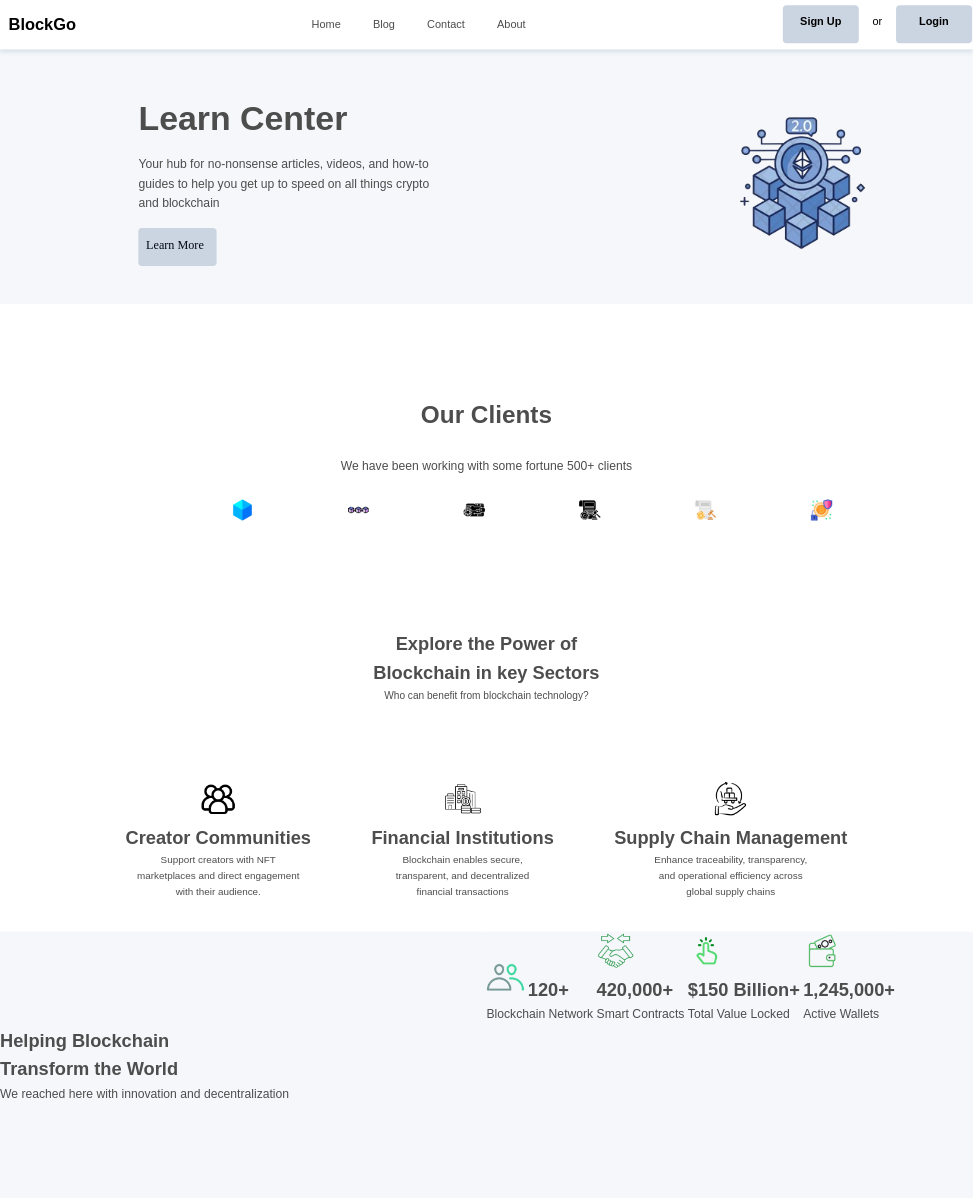
Repository: Tafsirul555/Assignment
Page: Assignment1.html
The author's editor kept a copy of each file at every save. The page is drawn from the files as they stood at one save, then again after a run of saves.
The browser window is 1280 px wide. The pictures show the whole page, at 76% of full size.

Above is the page before, as saved 2025-06-09 01:35:08.

### Assignment1.html
<!DOCTYPE html>
<html lang="en">
<head>
    <meta charset="UTF-8">
    <meta name="viewport" content="width=device-width, initial-scale=1.0">
    <link rel="stylesheet" href="Assignment1.css">
    <title>Document</title>
</head>
<body>
    <nav class="navbar">

        <div class="logo">
            <h1>BlockGo</h1>
        </div>

        <div class="nav-link">

                    <a href="#">Home</a>
                    <a href="#">Blog</a>
                    <a href="#">Contact</a>
                    <a href="#">About</a>
        </div>
        <div class="Data">
            <a href="#" class="SignUp">Sign Up</a>
            <p>&nbsp;or&nbsp;</p>
            <a href="#" class="Login">Login</a>
        </div>
    </nav>

    <header class="Headerbar">

        <div class="Header-banner">
            <h1>Learn Center</h1>
            <p>Your hub for no-nonsense articles, videos, and how-to guides to help you get up to speed on all things crypto and blockchain</p>

            <a href="#" class="headerbutton">Learn More</a>
        </div>
         <div class="bannerpic">
            <img src="/Pic/blockchain-20-8079799-6591924-removebg-preview.png" alt="Blockchain">
        </div>
    </header>

    <main class="mainbar">
        <div class="main-text">
        <h1>Our Clients</h1>
        <p>We have been working with some fortune 500+ clients</p>
        </div>

        <div class="main-pic">
            <img src="/Pic/icon/block.png" alt="block.png">
            <img src="/Pic/icon/blockchain.png" alt="blockchain.png">
            <img src="/Pic/icon/crypto-wallet.png" alt="crypto-wallet.png">
            <img src="/Pic/icon/currency-exchange (1).png" alt="currency-exchange (1).png">
            <img src="/Pic/icon/currency-exchange.png" alt="currency-exchange.png">
            <img src="/Pic/icon/secure.png" alt="secure.png">
        </div>
    </main>

    <section class="sectionbar">
        <div class="section-text">
        <h1>Explore the Power of <br>Blockchain in key Sectors</h1>

<p>Who can benefit from blockchain technology?</p>
</div>
    </section>

    <article class="articlebar">

        <div class="article-cc">
            <img src="/Pic/icon/group (1).png" alt="group.png">
            <h1>Creator Communities</h1>
            <p>Support creators with NFT<br>marketplaces and direct engagement<br>with their audience.</p>
            </div>

       <div class="article-fi">
        <img src="/Pic/icon/corporation.png" alt="corporation.png">
       <h1>Financial Institutions</h1>
       <p>Blockchain enables secure,<br>transparent, and decentralized<br>financial transactions</p>
        </div>

        <div class="article-scm">
            <img src="/Pic/icon/procurement.png" alt="procurement.png">
            <h1>Supply Chain Management</h1>
            <p>Enhance traceability, transparency,<br>and operational efficiency across<br>global supply chains</p>
        </div>
    </article>

    <figure class="figurebar">

        <div class="figure-text">
            <h2>Helping Blockchain<br>Transform the World</h2>
            <p>We reached here with innovation and decentralization</p>
        </div>

        <div class="figure-box">

        <div class="figure-bn">
            <div class="figure-bn-img">
            <img src="/Pic/icon/group.png" alt="">
            </div>
            <h2>120+</h2>
            <p>Blockchain Network</p>
        </div>

        <div class="figure-sc">
            <div class="figure-sc-img">
            <img src="/Pic/icon/mutual.png" alt="">
            </div>
            <h2>420,000+</h2>
            <p>Smart Contracts</p>
        </div>

        <div class="figure-tvl">
            <div class="figure-tvl-img">
            <img src="/Pic/icon/tap.png" alt="">
            </div>
            <h2>$150 Billion+</h2>
            <p>Total Value Locked</p>
        </div>

        <div class="figure-aw">
            <div class="figure-aw-img">
            <img src="/Pic/icon/wallet.png" alt="">
            </div>
            <h2>1,245,000+</h2>
            <p>Active Wallets</p>
        </div>
        </div>

    </figure>

</body>
</html>

### Assignment1.css
*{
    margin: 0;
    padding: 0;
    box-sizing: border-box;
    text-decoration: none;
    background: rgba(255, 255, 255, 1);

}

body{
    font-family: Arial, Helvetica, sans-serif;
    line-height: 1.6;
    height: 100%;
}

.navbar{
    width: 100%;
    height: 9vh;
    /* left: -127px;
    padding: 11.14px, 100.23px, 11.14px, 100.23px;
    gap: 43.85px; */
    color: #f5f5ff 0%;
    box-shadow: 0px 2.78px 5.57px 0px rgba(171, 190, 209, 0.4);
    position: fixed;
    display: flex;
    justify-content: center;
    align-items: center;
}

/* .nav-link{
    width: 254.1160888671875px;
    height: 17px;
    gap: 16.71px;
    display: flex;
    justify-content: center;
} */

.navbar div,
.navbar a,
.navbar h1,
.navbar p{
    display: inline-block;
}

.navbar .nav-link a{
    color: rgba(77, 77, 77, 1);
}


.navbar div,
.navbar a,
.navbar p{
    font-size: 2vh;
}

.navbar .logo,
.navbar .nav-link{
    margin-right: 290px;
}

.navbar .logo,
.navbar .nav-link,
.navbar .data,
.navbar p{
    padding: 10px;
    text-align: center;
}

.navbar .nav-link a{
    padding-right: 3vw;
}

.SignUp,
.Login{
    background-color: rgba(203, 213, 225, 1);
    width: 100px;
    height: 50px;
    padding: 10px;
    border-radius: 5px;
    text-align: center;
    font-weight: bold;
    color: black;
}

.Headerbar{
    width: 100%;
    height: 400px;
    background-color: rgba(245, 247, 250, 1);
    display: flex;
    justify-content: center;
    align-items: center;
    padding: 20px;
    gap: 27vw;
    flex-wrap: wrap;
}

.Header-banner{
    display: flex;
    flex-direction: column;
    align-content: center;
    max-width: 400px;
}

.bannerpic{
    width: 150px;
    height: auto;
    object-fit: contain;
    margin-top: 70px;
    margin-right: 20px;
}

.Headerbar p,
.Headerbar h1,
.Headerbar a,
.Headerbar img,
.Header-banner,
.bannerpic{
    background-color: rgba(245, 247, 250, 1);
}

.Headerbar h1{
    margin-top: 80px;
}

.Headerbar p,
.Headerbar h1,
.Headerbar a{
    padding-bottom: 20px;
}

.Header-banner h1{
    font:message-box;
    font-weight:bold;
    font-size: 44.55px;
    line-height: 52.9px;
    letter-spacing: 0%;
    color: rgba(77, 77, 77, 1);
}

.Header-banner p{
    max-width: 100%;
    word-wrap: break-word;
    color: rgba(77, 77, 77, 1);
}

.Header-banner .headerbutton{
    background-color: rgba(203, 213, 225, 1);
    width: 103px;
    height: 50px;
    padding: 10px;
    border-radius: 5px;
}

.Header-banner a{
    color: rgba(2, 6, 23, 1);
    font-family:'Times New Roman', Times, serif;
}

@media (max-width: 550px) {
  .Headerbar {
    flex-direction: column;       /* column করে দিলাম mobile এ */
    justify-content: flex-start;  /* উপর থেকে শুরু হবে */
    align-items: center;
    height: auto;                 /* height auto করে দাও যাতে overflow না হয় */
  }

  .Header-banner{
    align-items: center;
    text-align: center;
    order: 1;
  }

  .bannerpic {
    width: 200px;
    margin-bottom: 20px;

  }
}

.mainbar{
    width: 100%;
    height: 500px;
    display: flex;
    text-align: center;
    flex-direction: column;
}

.mainbar img{
    display: inline-block;
    width: 27.8427791595459px;
    height: auto;
    /* top: 6.85px;
    left: 2.78px; */
    margin-left: 120px;

}

.mainbar h1{
    margin-top: 120px;
    color: rgba(77, 77, 77, 1);
}

.mainbar p{
    color: rgba(77, 77, 77, 1);
}

.mainbar p,
.mainbar img{
    margin-top: 30px;
}

@media (max-width: 550px) {
  .mainbar {
    flex-direction: column;       /* column করে দিলাম mobile এ */
    justify-content: flex-start;  /* উপর থেকে শুরু হবে
    align-items: center; */
    height: auto;                 /* height auto করে দাও যাতে overflow না হয় */
  }

  .main-pic {
    display: inline-block;
    width: 400px;

  }
}

section{
    margin-top: -72px;
}

section h1,
section p{
    text-align: center;
    max-width: 100%;
    word-wrap: break-word;
    color: rgba(77, 77, 77, 1);
}

section p{
    font-size: smaller;
}

@media (max-width: 550px) {
  .sectionbar {
    text-align: center;
    height: auto;
    margin-top: 50px;

  }
}


.articlebar{
    width: 100%;
    height: 200px;
    display: flex;
    justify-content: space-between;
    align-items: center;
    text-align: center;
    flex-wrap: wrap;
    display: inline-block;
    margin-top: 100px;
    color: rgba(77, 77, 77, 1);
}

article img{
    width: 50px;
    height: auto;
}

.articlebar p{
    font-size: small;
}

.articlebar .article-cc,
.articlebar .article-fi,
.articlebar .article-scm{
    display: inline-block;

}

.articlebar .article-fi{
    margin-left: 75px;
    margin-right: 75px;
}

.figurebar{
    width: 100%;
    height: 350px;
    color: rgba(77, 77, 77, 1);
    background-color: rgba(245, 247, 250, 1);
    display: inline-block;
    display: flex;
    justify-content: space-between;
    flex-wrap: wrap;
}

.figurebar .figure-text,
.figurebar .figure-bn,
.figurebar .figure-sc,
.figurebar .figure-tvl,
.figurebar .figure-aw,
.figurebar .figure-box,
.figurebar div,
.figurebar h2,
.figurebar p,
.figurebar img{
    background-color: rgba(245, 247, 250, 1);
}

.figurebar .figure-text,
.figurebar .figure-box {
    width: 50%;
}



.figurebar .figure-box img {
    width: 50px;
}

.figure-box .figure-bn-img,
.figure-box .figure-bn,
.figure-box h2{
    display: inline-block;
}


.figurebar .figure-text{
    display: inline-block;
    background-color: rgba(245, 247, 250, 1);
}

.figurebar .figure-text,
.figurebar .figure-bn,
.figurebar .figure-sc,
.figurebar .figure-tvl,
.figurebar .figure-aw{
    display: flex;
    display: inline-block;
    align-content: center ;
}

/* .figurebar{

    ;
    margin-top: 100px;


    padding: 40px;
    border-radius: 10px;
    flex-wrap: wrap;
}

{
    background-color: rgba(245, 247, 250, 1);
}

.figurebar .figure-text{
    min-width: 250px;
}

.figurebar .figure-text h2{
    font-size: 28px;
    margin-bottom: 10px;
}

.figurebar .figure-text p{
    font-size: 16px;
}

.figurebar .figure-box
{
    /* display: grid;
    grid-template-columns: repeat(2,1fr);
    gap: 30px;
    min-width: 250px;
    background-color: rgba(245, 247, 250, 1);
    display: flex;
    justify-content: flex-end;
    margin-bottom: 20px;
} */

/* .figurebar .figure-bn,
.figurebar .figure-sc,
.figurebar .figure-tvl,
.figurebar .figure-aw{
    display: inline-block;
    padding: 15px;
    width: 300px;
} */


/* .figurebar .figure-bn h2,
.figurebar .figure-sc h2,
.figurebar .figure-tvl h2,
.figurebar .figure-aw h2{
    margin: 0;
} */


/* .figurebar .figure-bn p,
.figurebar .figure-sc p,
.figurebar .figure-tvl p,
.figurebar .figure-aw p{
    margin: 0;
} */ */

After the next 2 saves:
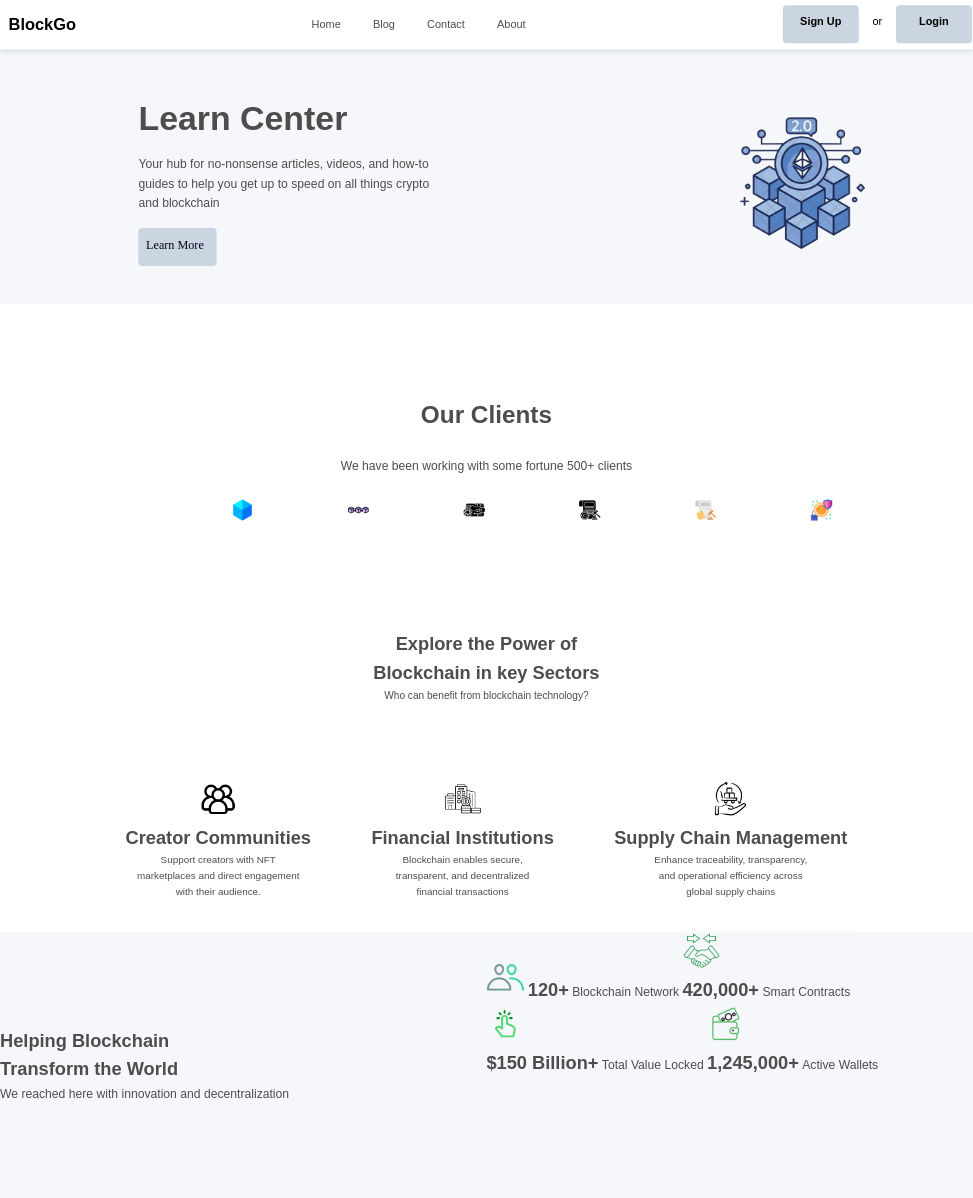
The 2 saves are shown as one change because they came seconds apart.
The last was saved 8 s later.
--- a/Assignment1.css
+++ b/Assignment1.css
@@ -321,7 +321,8 @@
 
 .figure-box .figure-bn-img,
 .figure-box .figure-bn,
-.figure-box h2{
+.figure-box h2,
+.figure-box p{
     display: inline-block;
 }
 

After the save that followed:
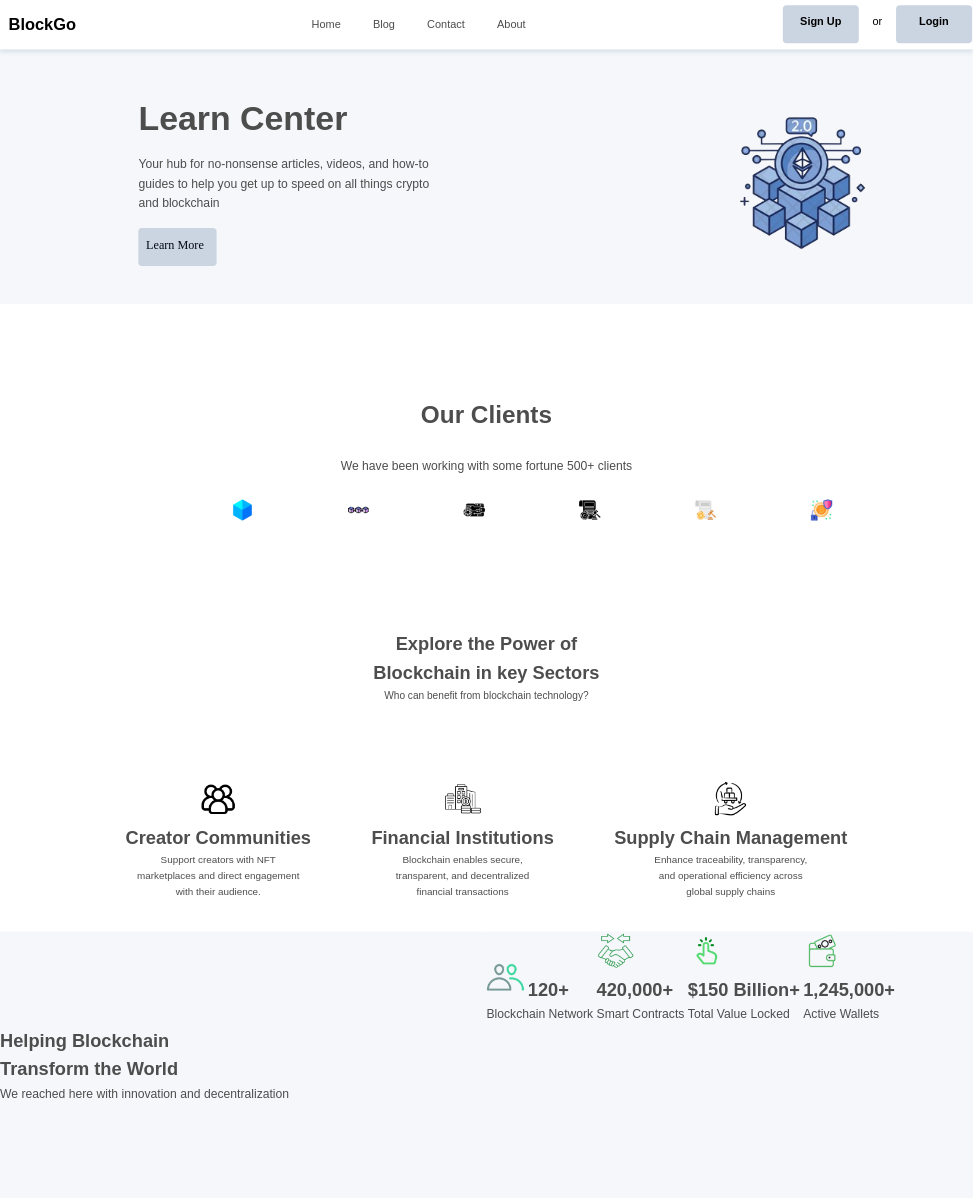
Saved 7 s later.
--- a/Assignment1.css
+++ b/Assignment1.css
@@ -322,7 +322,7 @@
 .figure-box .figure-bn-img,
 .figure-box .figure-bn,
 .figure-box h2,
-.figure-box p{
+.figure-box {
     display: inline-block;
 }
 
